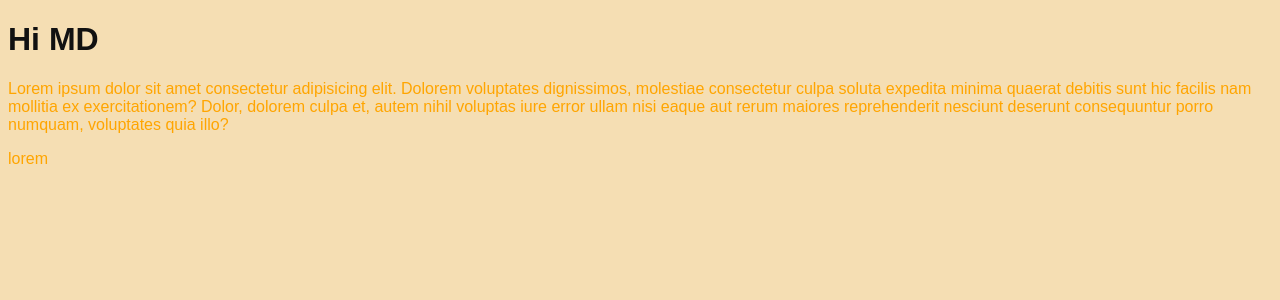
Repository: akashdev296-collab/saba
Page: index.html
The author's editor kept a copy of each file at every save. The page is drawn from the files as they stood at one save, then again after the next save.
The browser window is 1280 px wide. The pictures show the whole page.

Above is the page before, as saved 2026-09-01 19:27:11.
Not found: js/app.js

### index.html
<!DOCTYPE html>
<html lang="en">
<head>
    <meta charset="UTF-8">
    <meta name="viewport" content="width=device-width, initial-scale=1.0">

    <title>SABA</title>

    <link rel="stylesheet" href="css/style.css">
</head>

<body>

    <h1>Hi MD</h1>
    <p>Lorem ipsum dolor sit amet consectetur adipisicing elit. Dolorem voluptates dignissimos, molestiae consectetur culpa soluta expedita minima quaerat debitis sunt hic facilis nam mollitia ex exercitationem? Dolor, dolorem culpa et, autem nihil voluptas iure error ullam nisi eaque aut rerum maiores reprehenderit nesciunt deserunt consequuntur porro numquam, voluptates quia illo?</p>
    <p>lorem</p>

    <script defer src="js/app.js"></script>
</body>
</html>

### css/style.css
body {
    font-family: Arial, sans-serif;
    background: wheat;
}

h1 {
    color: #111;
}
p{
    font-weight: 400;
    color: orange;
}

After the next save:
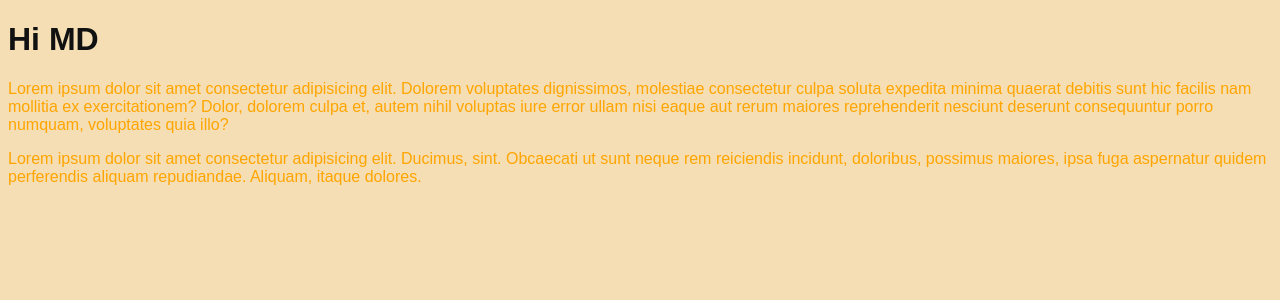
Saved 6 s later.
--- a/index.html
+++ b/index.html
@@ -13,7 +13,7 @@
 
     <h1>Hi MD</h1>
     <p>Lorem ipsum dolor sit amet consectetur adipisicing elit. Dolorem voluptates dignissimos, molestiae consectetur culpa soluta expedita minima quaerat debitis sunt hic facilis nam mollitia ex exercitationem? Dolor, dolorem culpa et, autem nihil voluptas iure error ullam nisi eaque aut rerum maiores reprehenderit nesciunt deserunt consequuntur porro numquam, voluptates quia illo?</p>
-    <p>lorem</p>
+    <p>Lorem ipsum dolor sit amet consectetur adipisicing elit. Ducimus, sint. Obcaecati ut sunt neque rem reiciendis incidunt, doloribus, possimus maiores, ipsa fuga aspernatur quidem perferendis aliquam repudiandae. Aliquam, itaque dolores.</p>
 
     <script defer src="js/app.js"></script>
 </body>
